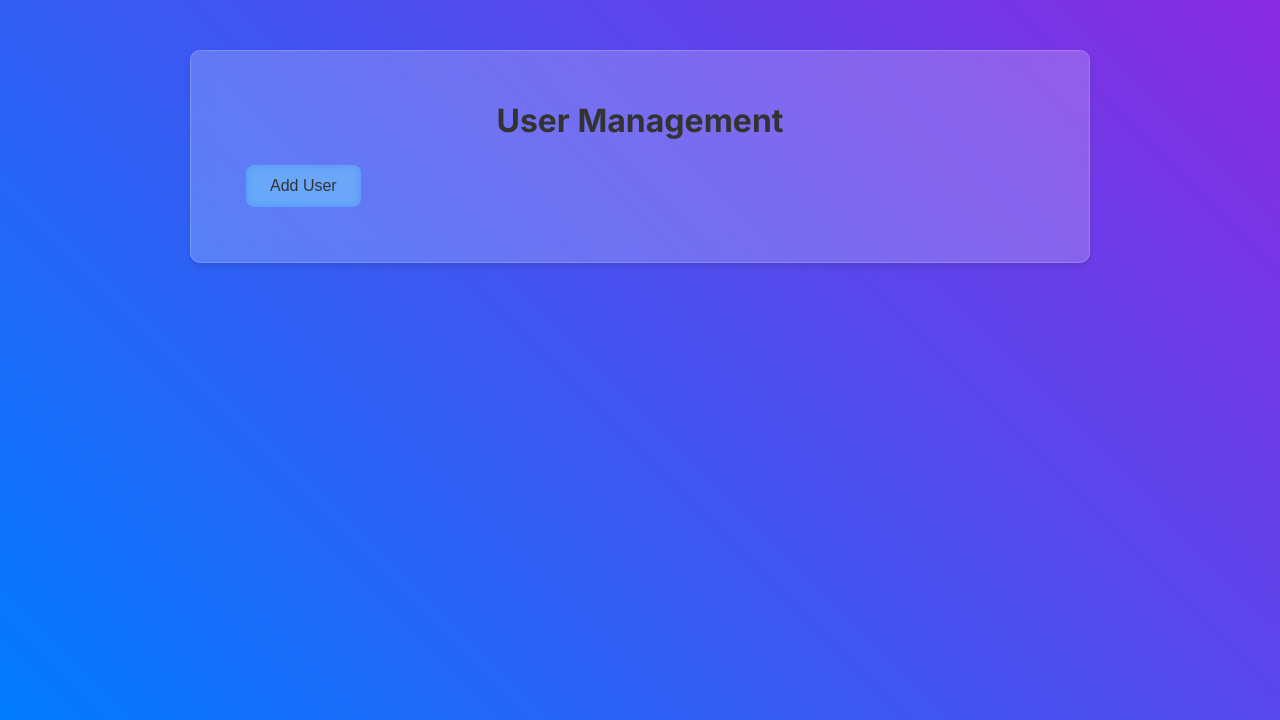
Repository: EeeeeEyyyy/crud-proj
Page: /
The author's editor kept a copy of each file at every save. The page is drawn from the files as they stood at one save, then again after the next save.
The browser window is 1280 px wide. The pictures show the whole page.
The page's requests for data from a server got no answer. The project was rebuilt for these pictures with package versions that can differ from the ones it lists, and the page was loaded fresh each time. The framework's server and built-in components were replaced by stand-ins that run in the browser. No one was signed in, and anything a server would have sent is missing. Also part of the build but not shown: next.config.mjs.

Above is the page before, as saved 2024-06-25 08:29:41.

After the next save:
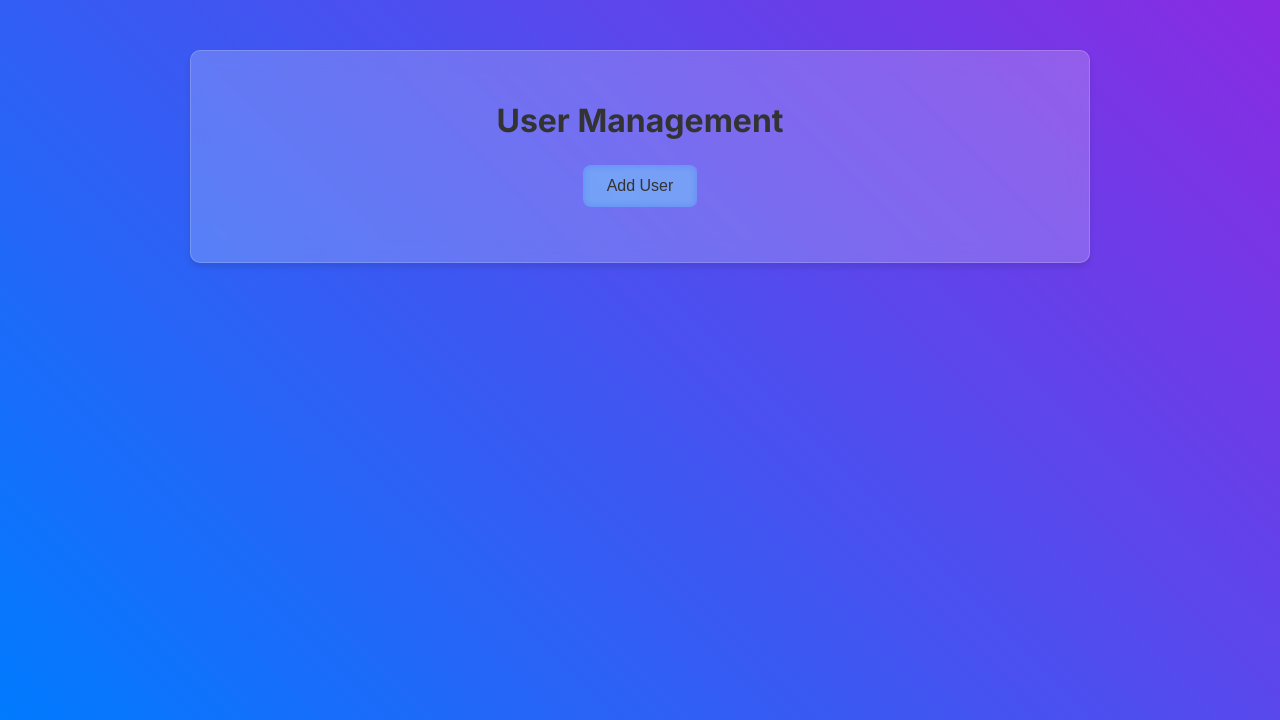
Saved 20 s later.
--- a/src/app/globals.css
+++ b/src/app/globals.css
@@ -459,4 +459,5 @@ input {
 .Add-me {
   text-align: center;
   display: flex;
-}
+  justify-content: center;
+}
